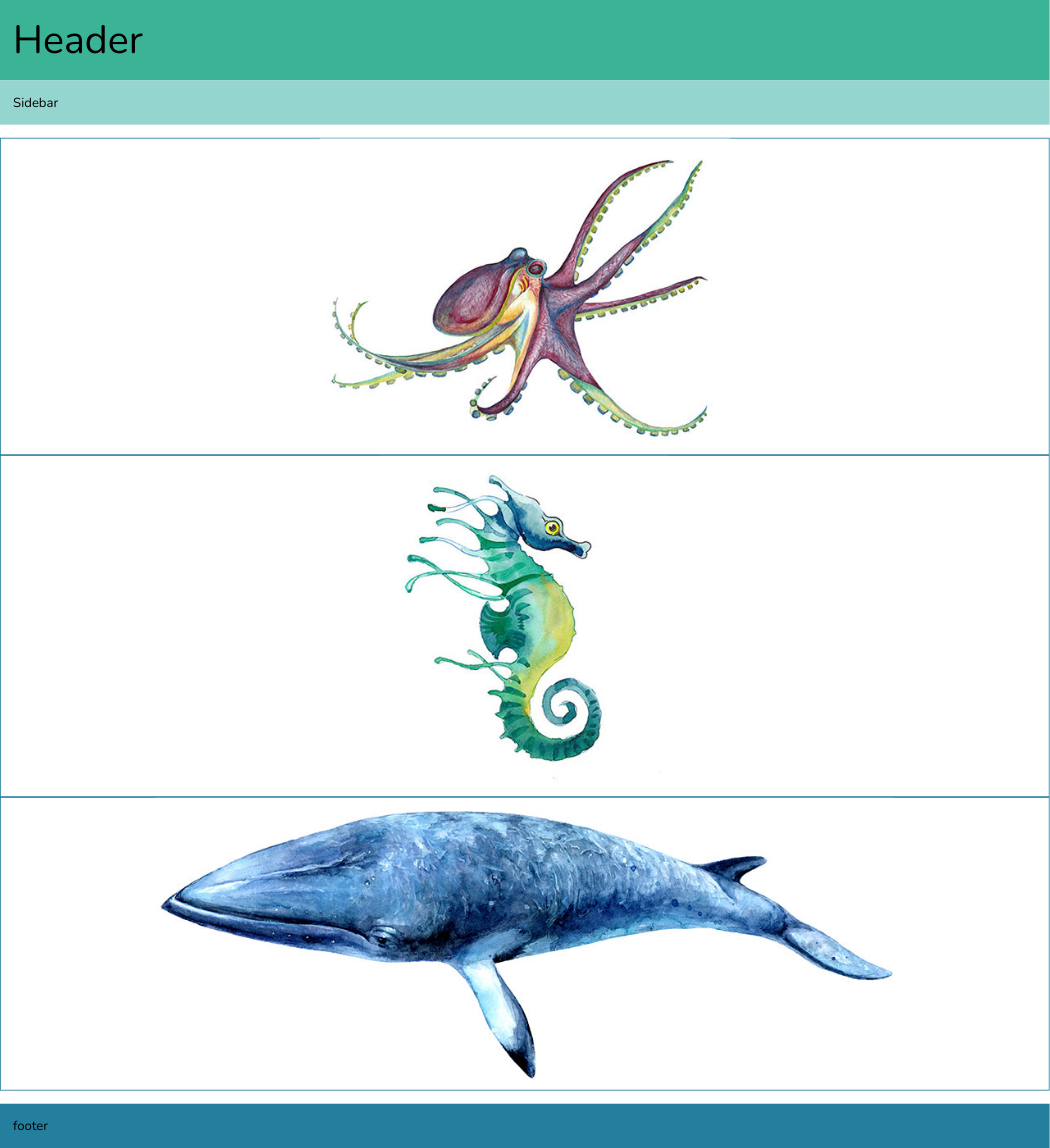
Repository: mariocapitbrok/css-combining-grid-and-flexbox-0207
Page: index.html
The author's editor kept a copy of each file at every save. The page is drawn from the files as they stood at one save, then again after the next save.
The browser window is 1280 px wide. The pictures show the whole page, at 82% of full size.

Above is the page before, as saved 2022-10-07 08:59:42.

### index.html
<!DOCTYPE html>
<html lang="en">
<head>
    <meta charset="UTF-8">
    <meta name="viewport" content="width=device-width, initial-scale=1.0">
    <title>Responsive grid webpage</title>
    <link rel="stylesheet" href="styles/base.css">
</head>
<body>
   <section class="container">
       <header>Header</header>
       <aside>Sidebar</aside>
       <main>
            <article><img src="images/01.jpg" alt="sealife"></article>
            <article><img src="images/02.jpg" alt="sealife"></article>
            <article><img src="images/03.jpg" alt="sealife"></article>
       </main>
       <footer>footer</footer>
   </section>
</body>
</html>

### styles/base.css
@import url('https://fonts.googleapis.com/css2?family=Nunito:ital,wght@0,300;0,400;0,700;0,900;1,600&display=swap');

* {
    margin: 0;
    padding: 0;
    font-family: 'Nunito', sans-serif;
    box-sizing: border-box;
}

img {
    max-width: 100%;
    height: auto;
}

header, aside, footer {
    padding: 1rem;
}

header {
    background-color: #3ab397;
    font-size: 3rem;
    grid-area: header;
}

aside {
    background-color: #95d5cf;
    grid-area: aside;
}

main {
    margin: 1em 0;
    grid-area: main;
}

article {
    border: solid 1px #247e9d;
    text-align: center;
}

footer {
    background-color: #247e9d;
    grid-area: footer;
}





@media screen and (min-width:800px) {


}

After the next save:
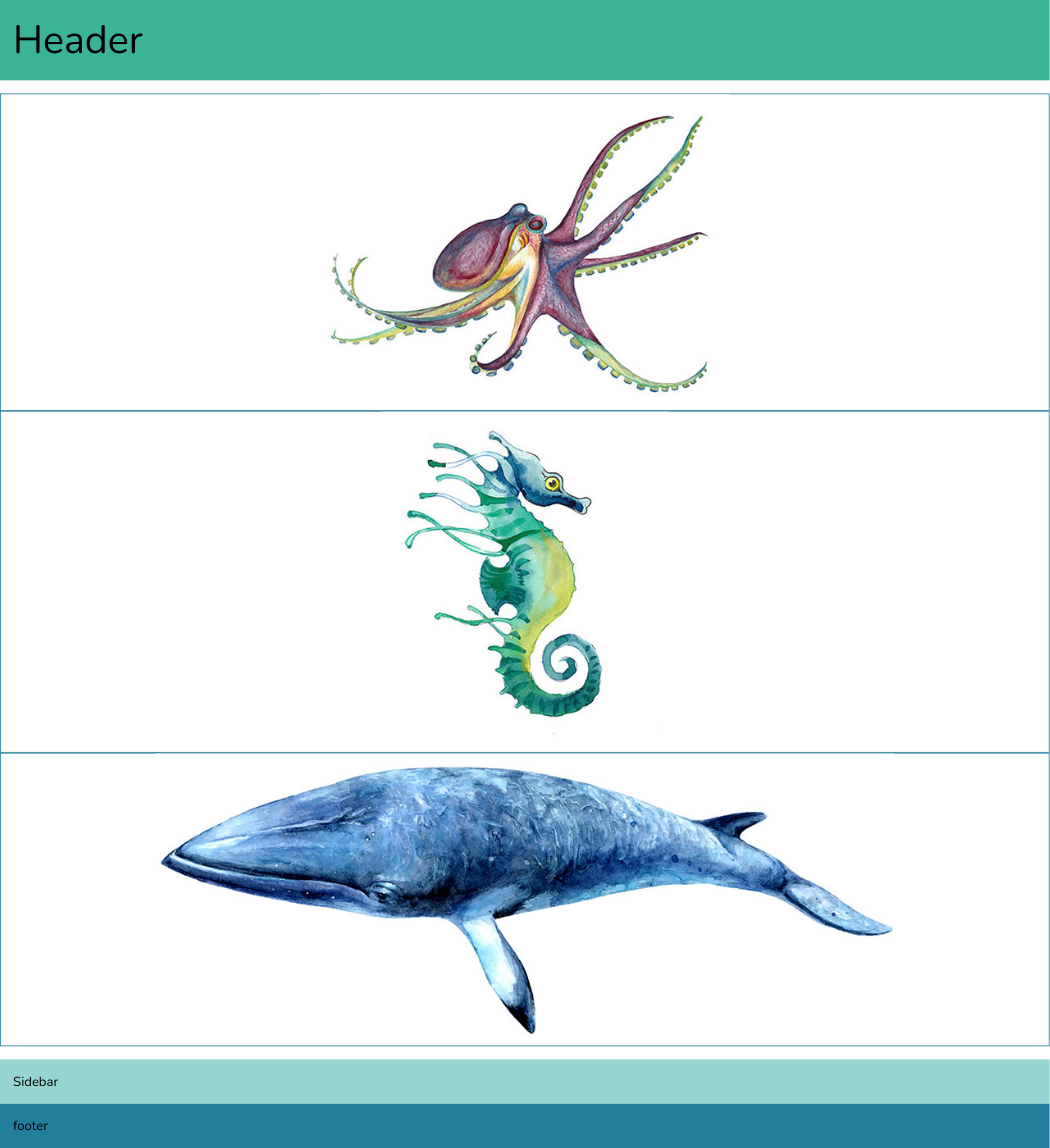
Saved 4 min 27 s later.
--- a/styles/base.css
+++ b/styles/base.css
@@ -42,7 +42,14 @@
     grid-area: footer;
 }
 
-
+.container {
+    display: grid;
+    grid-template-areas:
+        "header"
+        "main"
+        "aside"
+        "footer"
+}
 
 
 

After the save that followed:
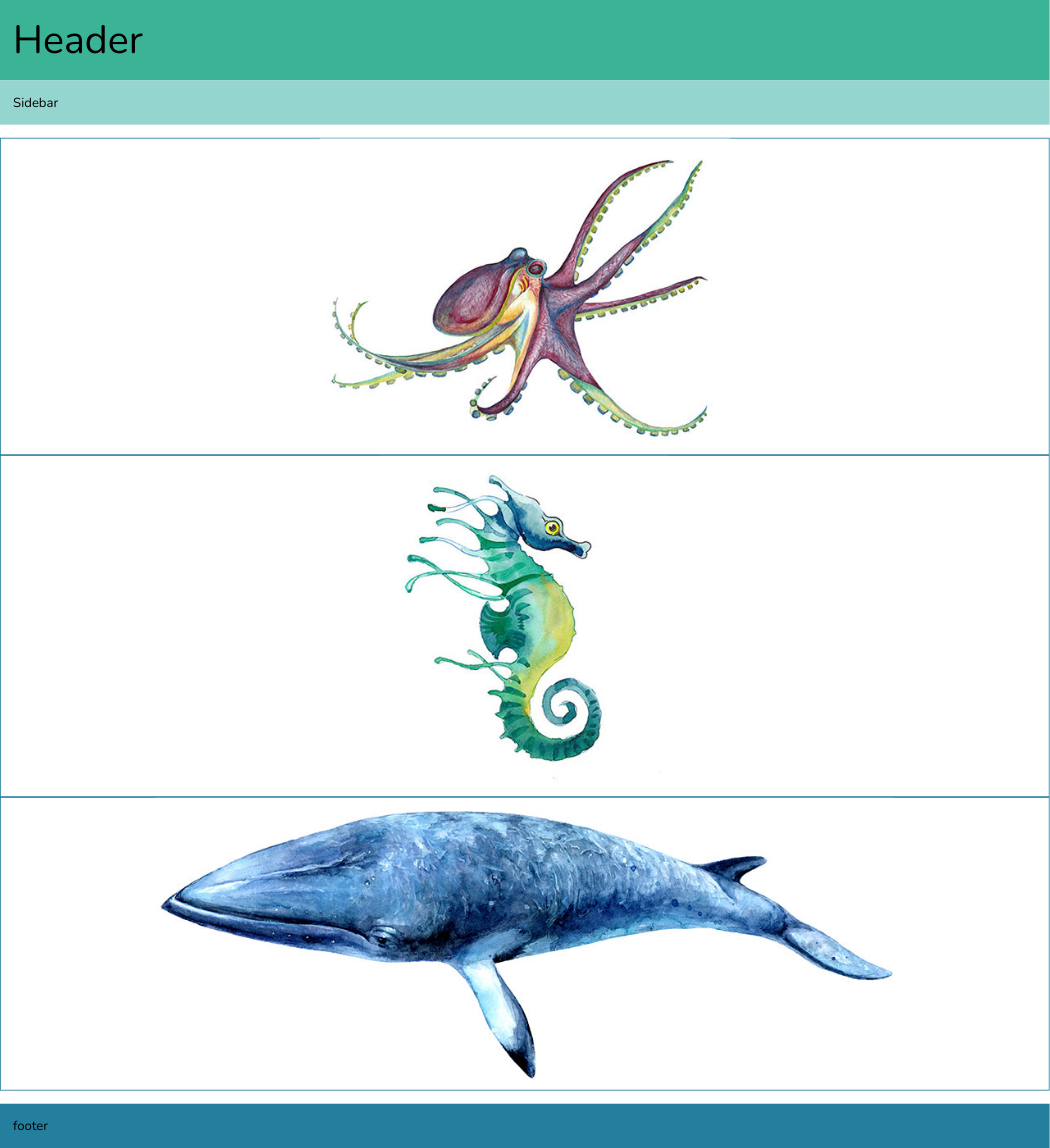
Saved 45 s later.
--- a/styles/base.css
+++ b/styles/base.css
@@ -42,14 +42,7 @@
     grid-area: footer;
 }
 
-.container {
-    display: grid;
-    grid-template-areas:
-        "header"
-        "main"
-        "aside"
-        "footer"
-}
+
 
 
 
